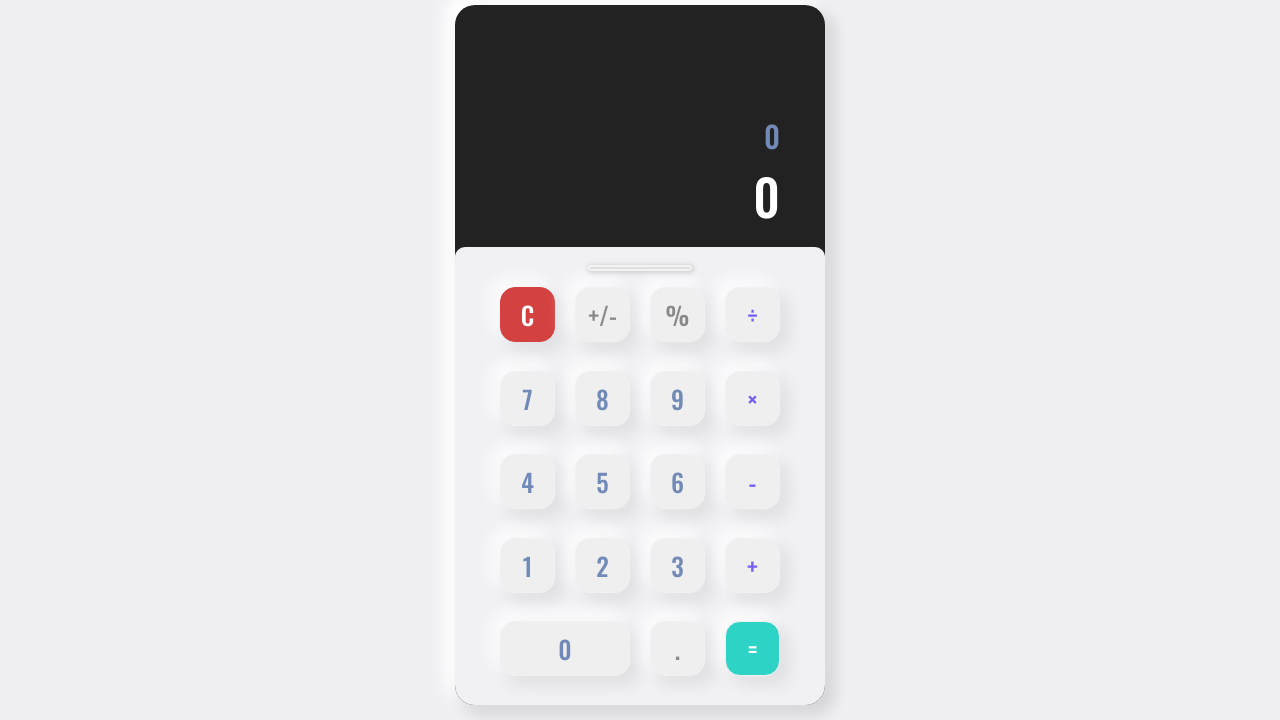
Repository: BrunoBross/calculator
Page: index.html
The author's editor kept a copy of each file at every save. The page is drawn from the files as they stood at one save, then again after a run of saves.
The browser window is 1280 px wide. The pictures show the whole page.

Above is the page before, as saved 2021-12-01 17:11:06.

After the next 2 saves:
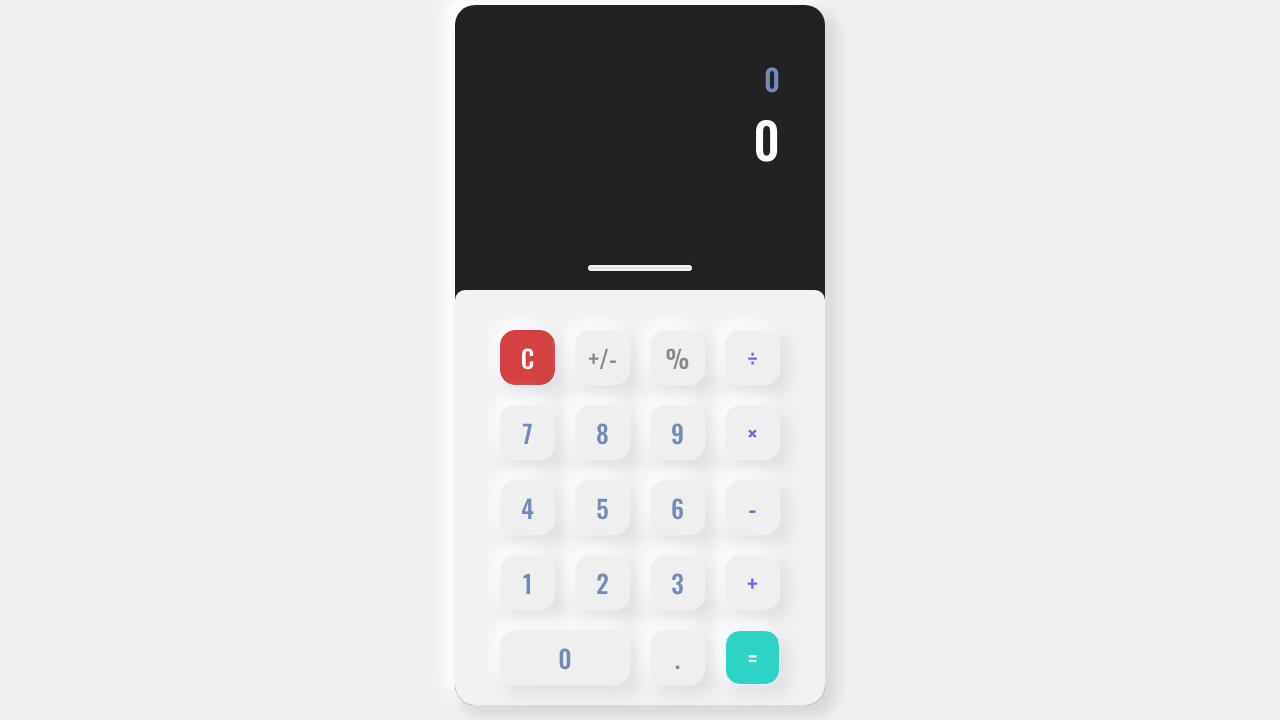
The 2 saves are shown as one change because they came seconds apart.
The last was saved 28 s later.
--- a/style.css
+++ b/style.css
@@ -33,6 +33,7 @@
   height: 400px;
   margin-right: 45px;
   padding-bottom: 15px;
+  margin-bottom: 100px;
 }
 
 .view > #result{

After the 2 saves that followed:
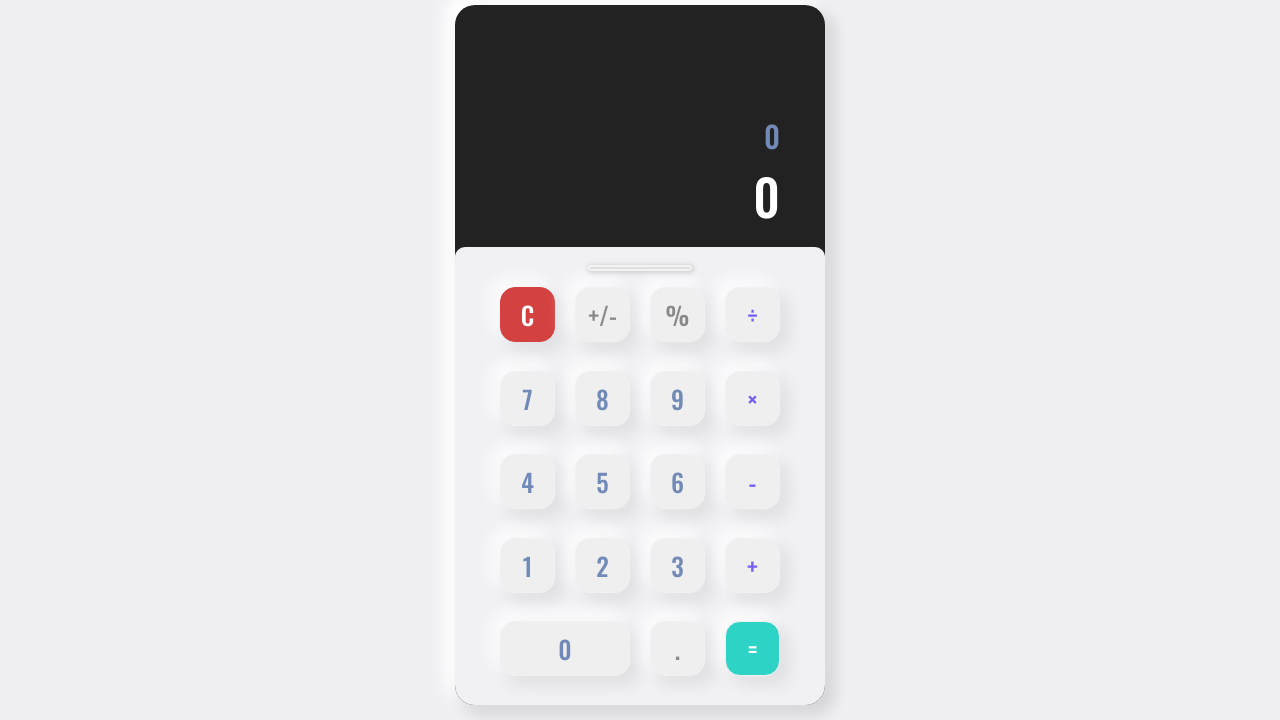
The 2 saves are shown as one change because they came seconds apart.
The last was saved 8 s later.
--- a/style.css
+++ b/style.css
@@ -33,7 +33,6 @@
   height: 400px;
   margin-right: 45px;
   padding-bottom: 15px;
-  margin-bottom: 100px;
 }
 
 .view > #result{
